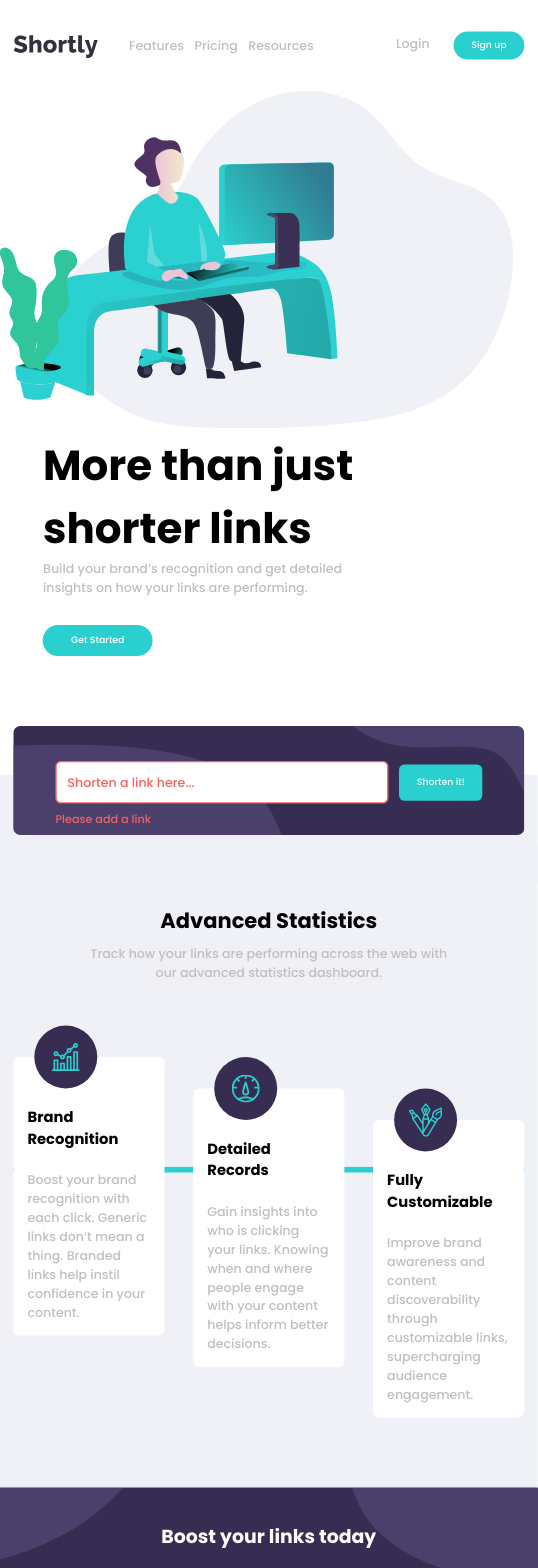
Repository: mamulini/URL-shortener
Page: index.html
These files come from the project's save history. The page is drawn as it stood at one moment and after the next save; the edit follows.
The browser window is 768 px wide. The pictures show the part of the page from y = 0 to 2240 px (the page is 2677 px tall), at 70% of full size.
Some web libraries are served in a nearby version. The style sheet was rebuilt from its Sass, Less or Tailwind sources for each picture, by a compiler version that may differ from the author's.

Above is the page before, as saved 2020-04-18 14:19:16.

### index.html
<!DOCTYPE html>
<html lang="en">
<head>
  <meta charset="UTF-8">
  <meta name="viewport" content="width=device-width, initial-scale=1.0"> <!-- displays site properly based on user's device -->

  <link rel="icon" type="image/png" sizes="32x32" href="./images/favicon-32x32.png">
  <link rel="stylesheet" href="https://cdnjs.cloudflare.com/ajax/libs/font-awesome/5.13.0/css/all.min.css">
  <link rel="stylesheet" href="./sass/main.css">

  <title>Frontend Mentor | Shortly URL shortening API Challenge</title>

  <!-- Feel free to remove these styles or customise in your own stylesheet 👍 -->

</head>
<body>
  <header class="header container">
    <a href="/" class="header__logo"><img src="./images/logo.svg" alt="logo">
    </a>
    <nav class="nav">
      <ul class="nav__menu">
        <li class="nav__item"><a class="nav__link" href="#">Features</a></li>
        <li class="nav__item"><a class="nav__link" href="#">Pricing</a></li>
        <li class="nav__item"><a class="nav__link" href="#">Resources</a></li>
      </ul>
    </nav>
    <div class="user">
      <a class="user__login" href="#" >Login</a>
      <button class="user__sign-up btn--blue" type="button">Sign up</button>
    </div>

  </header>
  <main class="main">
    <div class="intro">
      <div class="intro__description">
        <h1 class="intro__title">More than just shorter links</h1>
        <p class="intro__subtitle">Build your brand’s recognition and get detailed <br> insights
          on how your links are performing.</p>
        <button class="intro__btn btn--blue">Get Started</button>

      </div>
      <div class="intro__img">
        <img src="./images/illustration-working.svg" alt="image">
      </div>
    </div>
    <div class="shorten ">
      <div class="shorten__handler container">
        <form class="shorten__form">
          <input class="shorten__input" type="url" pattern="https://.*" value="" placeholder="Shorten a link here...">
          <button class="shorten__btn btn--blue" type="button">Shorten it!</button>

        </form>
        <p class="shorten__subtitle">Please add a link</p>
      </div>
      <div class="shorten__links container"></div>
    </div>
    <div class="statistics ">
      <h2 class="statistics__title">Advanced Statistics</h2>
      <p class="statistics__subtitle">Track how your links are performing across the web with our
        advanced statistics dashboard.</p>
      <div class="blocks_wrapper container">
        <hr class="blocks_wrapper__line">
        <div class="block block--1">
          <div class="block__icon">
            <img src="./images/icon-brand-recognition.svg" alt="icon" >
          </div>
          <h3 class="block__title">Brand Recognition</h3>
          <p class="block__subtitle">Boost your brand recognition with each click. Generic links don’t
            mean a thing. Branded links help instil confidence in your content.</p>
        </div>
        <div class="block block--2">
          <div class="block__icon">
            <img src="./images/icon-detailed-records.svg" alt="icon" >
          </div>
          <h3 class="block__title">Detailed Records</h3>
          <p class="block__subtitle">Gain insights into who is clicking your links. Knowing when and where
            people engage with your content helps inform better decisions.</p>
        </div>
        <div class="block block--3">
          <div class="block__icon">
            <img src="./images/icon-fully-customizable.svg" alt="icon" >
          </div>
          <h3 class="block__title">Fully Customizable</h3>
          <p class="block__subtitle">Improve brand awareness and content discoverability through customizable
            links, supercharging audience engagement.</p>
        </div>

      </div>
    </div>
    <div class="link_booster">
      <h2 class="link_booster__title">Boost your links today</h2>
      <button class="link_booster__btn btn--blue">Get Started</button>
    </div>
  </main>
  <div class="footer">
    <div class="footer__wrapper container">
      <h2 class="footer__logo">Shortly</h2>
    <div class="footer__nav-wrapper">
      <h3 class="footer__nav-title">Features</h3>
      <ul class="footer__nav-list">
        <li class="footer__nav-li"><a class="footer__nav-link" href="#">Link Shortening</a></li>
        <li class="footer__nav-li"><a class="footer__nav-link" href="#">Branded Links</a></li>
        <li class="footer__nav-li"><a class="footer__nav-link" href="#">Analytics</a></li>
      </ul>
    </div>
    <div class="footer__nav-wrapper">
      <h3 class="footer__nav-title">Resources</h3>
      <ul class="footer__nav-list">
        <li class="footer__nav-li"><a class="footer__nav-link" href="#">Blog</a></li>
        <li class="footer__nav-li"><a class="footer__nav-link" href="#">Developers</a></li>
        <li class="footer__nav-li"><a class="footer__nav-link" href="#">Support</a></li>
      </ul>
    </div>
    <div class="footer__nav-wrapper">
      <h3 class="footer__nav-title">Company</h3>
      <ul class="footer__nav-list">
        <li class="footer__nav-li"><a class="footer__nav-link" href="#">About</a></li>
        <li class="footer__nav-li"><a class="footer__nav-link" href="#">Our Team</a></li>
        <li class="footer__nav-li"><a class="footer__nav-link" href="#">Careers</a></li>
        <li class="footer__nav-li"><a class="footer__nav-link" href="#">Contact</a></li>
      </ul>
    </div>
    <div class="footer__icons-wrapper">
      <a href="#"><i class="fab fa-facebook-square footer__icon"></i></a>
      <a href="#"><i  class="fab fa-twitter footer__icon"></i></a>
      <a href="#"><i class="fab fa-pinterest footer__icon"></i></a>
      <a href="#"><i class="fab fa-instagram footer__icon"></i></a>
    </div>

    </div>
    <div class="attribution">
      Challenge by <a href="https://www.frontendmentor.io?ref=challenge" target="_blank">Frontend Mentor</a>.
      Coded by <a href="#">David mamulia</a>.
    </div>
  </div>
  <script src="./js/main.js"></script>
</body>
</html>

### JS/main.js
const input = document.querySelector('.shorten__input');
const shortenBtn = document.querySelector('.shorten__btn');

input.addEventListener("focus", () => {
    input.value = "https://";
});

class ShortLinks {
    constructor(url, shortUrl){
        this.url = url;
        this.shortUrl = shortUrl;
    }

    static render(obj){
        const content = `
            <div class="shorten__genarate">
                <span class="shorten__long-link">${obj.url}</span>
                <a class="shorten__short-link" href="${obj.shortUrl}" target="_blank">${obj.shortUrl}</a>
                <button class="shorten__copy btn--blue">Copy</button>
                <span class="shorten__close"><i class="fas fa-window-close"></i></i></span >
            </div>
        `;

        document.querySelector(".shorten__links").insertAdjacentHTML("afterbegin", content);
    }
}


let storedLinks = (JSON.parse(localStorage.getItem("locaLinks")));

if (storedLinks){
    storedLinks.forEach(link => {
        ShortLinks.render(link);
    });
}else{ storedLinks = []; }



shortenBtn.addEventListener("click", () => {
    async function inputHandle(){
        const res = await fetch("https://rel.ink/api/links/", {
            method:"POST",
            body: JSON.stringify( {url: `${input.value}`} ),
            headers: { 'Content-Type': 'application/json' }
        });

        if (res.status > 200 && res.status < 400){
            const data = await res.json();

            storedLinks.push(new ShortLinks(input.value, `https://rel.ink/${data.hashid}`));
            input.value = "";

            //save to localStorage
            localStorage.setItem("locaLinks", JSON.stringify(storedLinks));

            ShortLinks.render(storedLinks[storedLinks.length - 1]);
        }else{
            document.querySelector(".shorten__subtitle").innerText = 'Link is not valid';


            setTimeout(() => {
                document.querySelector(".shorten__subtitle").innerText = 'Please add a link';

            }, 2000);
        }
    }

    inputHandle();
});


input.addEventListener("keypress", e => {
    if (e.keyCode === 13) {
        e.preventDefault();
        shortenBtn.click();
    }
  });



document.querySelector(".shorten__links").addEventListener("click", (e) => {
    if (e.target.classList.contains("fa-window-close")){
        const delUrl = e.target.parentNode;
        storedLinks = storedLinks.filter(link => link.shortUrl == delUrl);
        //save to localStorage
        localStorage.setItem("locaLinks", JSON.stringify(storedLinks));
        //disappear from DOM
        e.target.parentNode.parentNode.remove();
    }
});

document.querySelector(".shorten").addEventListener("click", (e) => {
    if (e.target.innerText == "Copy"){
        //turn all copy buttons to "Copy" again (in case of they are not)
        const copyButtons = document.querySelectorAll(".shorten__handler div button");

        for (let i = 0; i < copyButtons.length; i++){
            console.log(copyButtons[i]);
            copyButtons[i].style.backgroundColor = "hsl(180, 66%, 49%)";
            copyButtons[i].innerText = "Copy";
        }

        e.target.style.backgroundColor = "hsl(257, 27%, 26%)";
        e.target.innerText = "Copied!";

        //copy shorten link to keyboard
        const copy = e.target.previousElementSibling.innerHTML;
        const input = document.createElement('textarea');
        document.body.appendChild(input);
        input.value = copy;
        input.select();
        document.execCommand('Copy');
        input.remove();
    }
});

### sass/main.scss
@import url('https://fonts.googleapis.com/css2?family=Poppins:wght@500;700&display=swap');

// colors
$text_gray: hsl(0, 0%, 75%);
$cyan_btn:  hsl(180, 66%, 49%);
$dark_bg : #372d52;
$dark_blue: #1e1a23;
$red : hsl(0, 87%, 67%);
$light_bg: #eff1f7;

* {
    padding: 0;
    margin: 0;
    box-sizing: border-box;
}

body{
    font-size: 18px;
    font-family: 'poppins', sans-serif;
    font-weight: 500;

}

img {
    max-width: 100%;
}

.container {
    max-width: 85%;
    margin: 0 auto;
    @media screen and (max-width: 880px) {
        max-width: 95%;
    }
}

.header {
    margin-top: 40px;
    margin-bottom: 40px;
    display: flex;
    justify-content: flex-start;
    align-items: center;
    &__logo{
        flex: 0 0 25%;
        max-width: 150px;
        margin-top: 10px;
    }
}

.nav{
    flex: 0 0 25%;
    &__menu{
        display: flex;
        justify-content: space-between;
        list-style: none;

    }

    &__item{
        margin-left: 15px;
    }

    &__link{
        text-decoration: none;
        color: $text_gray;
        &:hover{
            color: #000000;
        }
    }
}

.user{
    flex: 1;
    text-align: right;


    &__login{
        color: $text_gray;
        margin-right: 30px;
        text-decoration: none;
        &:hover{
            color: #000000;
        }
    }
}

.btn--blue{
    padding: 10px 25px;
    border: none;
    cursor: pointer;
    display: inline-block;
    border-radius: 50px;
    background: $cyan_btn;
    outline: none;
    color: #ffffff;
    font-family: 'poppins', sans-serif;
    font-weight: 500;

    &:hover{
        opacity: .5;
    }

    &:active{
        transform: scale(0.90);
    }
}

.intro{
    display: flex;
    justify-content: space-between;
    @media screen and (max-width: 768px){
        flex-direction: column;
    }

    &__description{
        display: flex;
        flex-direction: column;
        justify-content: center;
        align-items: flex-start;
        max-width: 500px;
        margin-left: 8%;
    }

    &__title {
        font-size: 60px;
    }

    &__subtitle {
        text-align-last: left;
        color: $text_gray;
    }

    &__btn{
        margin-top: 40px;
        padding: 12px 40px;
    }

    &__img{
        @media screen and (max-width: 768px){
            order: -1;
        }
    }
}

.shorten{
    background: $light_bg;
    margin-top: 170px;

    &__handler{
        background-image: url('../images/bg-shorten-desktop.svg');
        background-position: center;
        background-size: cover;
        background-color: $dark_bg;
        border-radius: 10px;
        position: relative;
        top: -70px;
        margin-bottom: -60px;
    }

    &__form{
        display: flex;
        justify-content: space-between;
        align-items: center;
        padding: 50px 60px 0 60px;
        flex-wrap: wrap;
    }

    &__subtitle{
        padding:10px 60px ;
        font-size: 16px;
        color: $red;
    }

    &__input{
        flex: 1;
        padding: 15px;
        border-radius: 8px;
        margin-right: 15px;
        font-family:'poppins', sans-serif;
        border: 2px solid $red;
        outline: none;
        font-size: 18px;
         &::placeholder{
            color: $red;
         }
    }

    &__btn{
        border-radius: 8px;
        padding-top: 15px;
        padding-bottom: 17px;
    }

    &__subtitle{
        align-self: flex-end;
    }

    &__links{
        background: $light_bg;
    }



    &__genarate{
        list-style: none;
        display: flex;
        justify-content: space-between;
        align-items: center;
        background: #ffffff;
        border-radius: 8px;
        padding: 15px;
        margin-top: 20px;
    }

    &__long-link{
        flex: 1;
        overflow: hidden;
    }

    &__short-link{
        padding: 15px;
        color: $cyan_btn;
    }

    &__copy{
        margin-right: 10px;
        border-radius: 8px;
        padding: 8px 15px;
    }

    &__close{
        cursor: pointer;
    }
}

.statistics{
    background: $light_bg;
    text-align: center;
    padding-top: 90px;
    padding-bottom: 100px;


    &__title {
        font-size: 30px;
    }
    &__subtitle{
        max-width: 520px;
        margin: 10px auto;
        color: $text_gray;
    }
}

.blocks_wrapper {
    display: flex;
    justify-content: space-between;
    flex-wrap: wrap;
    background: $light_bg;
    margin-top: 100px;
}

.block{
    flex: 0 0 calc(33% - 25px);
    background: #ffffff;
    height: 30%;
    text-align: left;
    border-radius: 8px;
    z-index: 1;


    &--2{
        margin-top: 45px;
    }
    &--3{
        margin-top: 90px;
    }
    &__icon{
        background: $dark_bg ;
        padding: 20px;
        border-radius: 100%;
        display: inline-block;
        width: 90px;
        height: 90px;
        display: flex;
        justify-content: center;
        align-items: center;
        margin-left: 30px;
        transform:translateY(-45px);
    }
    &__title{
        padding:0 30px 30px 20px;
        margin-top: -20px;
    }
    &__subtitle{
        padding: 0 20px 20px;
        line-height: 1.5;
        color: $text_gray;
    }
}

.blocks_wrapper__line{
    border: 4px solid $cyan_btn;
    transform:translateY(165px);
    position: relative;
    flex: 100%;

}

.link_booster{
    text-align: center;
    background: $dark_bg url('../images/bg-boost-desktop.svg') no-repeat center;
    // background-size: cover;
    height: 230px;

    &__title{
        color: #ffffff;
        padding-top: 50px;
    }
    &__btn{
        margin-top: 30px;
        &:hover{
            opacity: .7;
        }
    }
}


.footer{
    background: $dark_blue;
    &__wrapper{
        padding-top: 50px;
        display: flex;
        justify-content: space-between;


    }

    &__logo {
        color: #ffffff;
        padding-right: 30px;

    }

    &__nav-wrapper{
        margin-bottom: 40px;
        padding-right: 15px;
    }

    &__nav-list{
        list-style: none;

    }

    &__nav-li {
        padding-top: 10px;
    }

    &__nav-title{
        color: #ffffff;
        padding-bottom: 10px;
        font-size: 18px;

    }

    &__nav-link{
        text-decoration: none;
        color: $text_gray;
        margin-top: 30px;
        &:hover{
            color: $cyan_btn;
        }
    }

    &__icon{
        color: #ffffff;
        padding-right: 20px;
        font-size: 30px;
        &:hover{
            color: $cyan_btn;
        }
    }
}

.attribution { font-size: 11px; text-align: center; color: $text_gray; padding: 15px; }
.attribution a { color: hsl(228, 45%, 44%); }

After the next save:
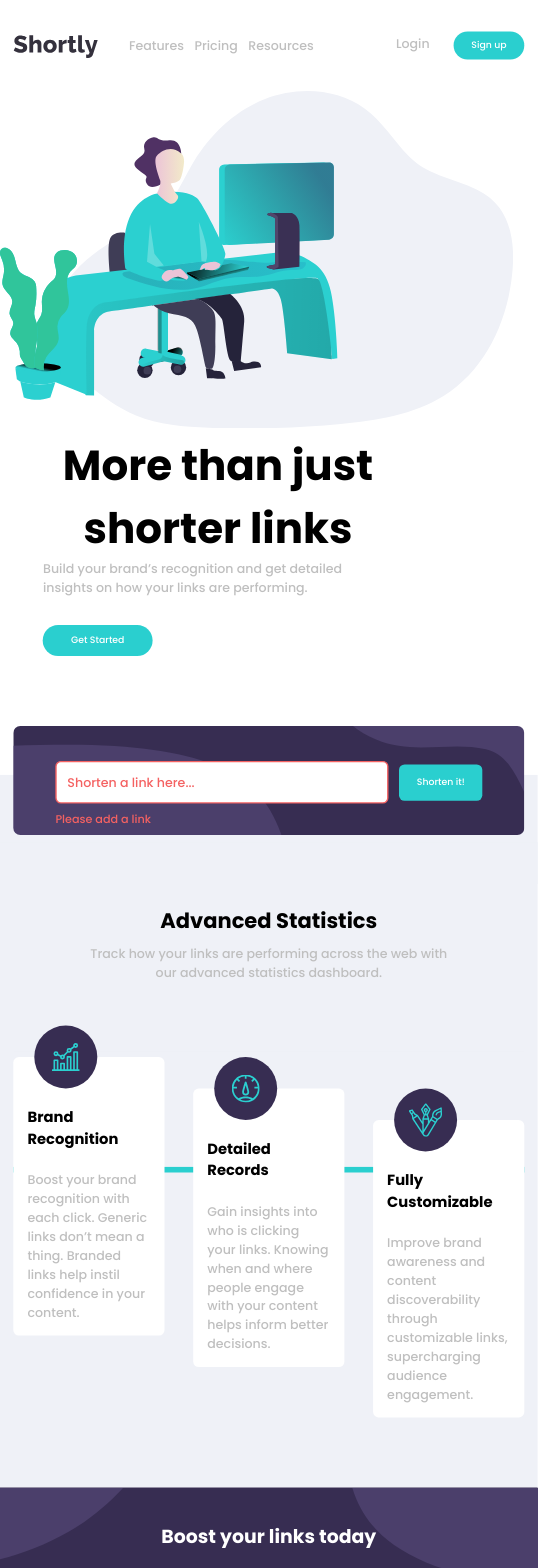
Saved 58 s later.
--- a/sass/main.scss
+++ b/sass/main.scss
@@ -122,6 +122,9 @@ img {
 
     &__title {
         font-size: 60px;
+        @media screen and (max-width: 768px){
+            text-align: center;
+        }
     }
 
     &__subtitle {
